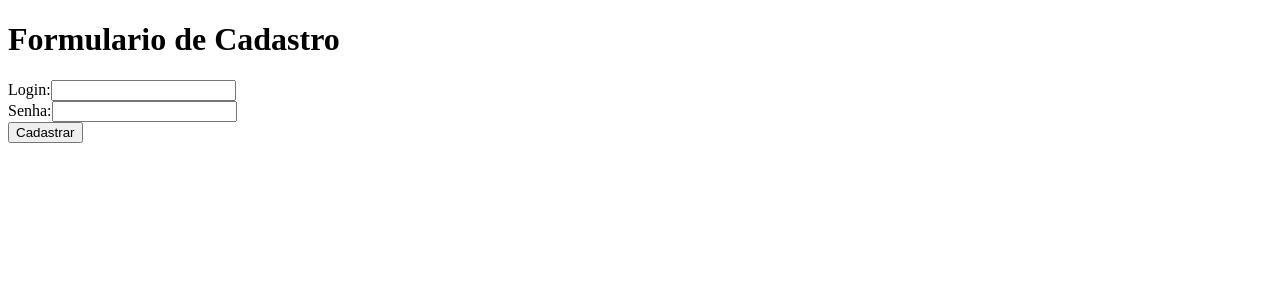
Repository: MarcoantonioCaldeira/Aprendizados-e-Conhecimentos
Page: Formulario-de-Cadastro-e-Login/cadastro.html
These files come from the project's save history. The page is drawn as it stood at one moment and after the next save; the edit follows.
The browser window is 1280 px wide. The pictures show the whole page.

Above is the page before, as saved 2022-04-01 23:10:53.

### Formulario-de-Cadastro-e-Login/cadastro.html
<!DOCTYPE html>
<html>
   <head>
   <meta charset="utf-8">
   </head>
   <body>
     <h1>Formulario de Cadastro</h1>

     <form methot="POST" action="cadastro.php">
         <label>Login:</label><input type="text" name="login" id="login"><br>
         <label>Senha:</label><input type="password" name="senha" id="senha"><br>
         <input type="submit" value="Cadastrar" id="cadastrar" name="cadastrar">

     </form>

   </body>
</html>

After the next save:
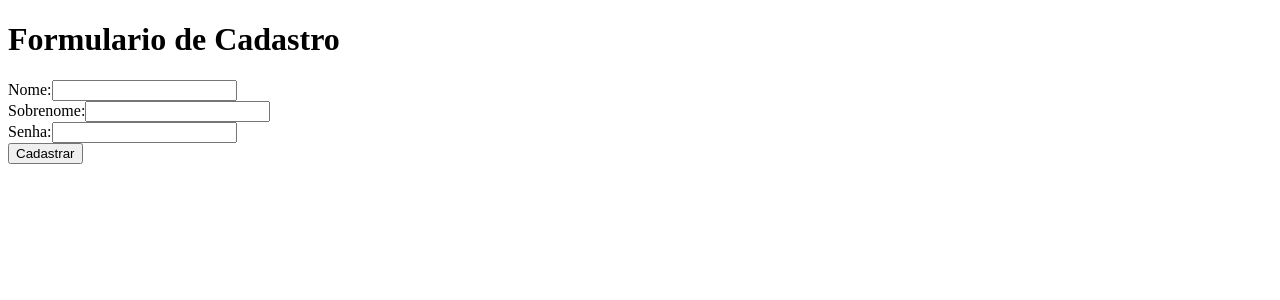
Saved 2 min 14 s later.
--- a/Formulario-de-Cadastro-e-Login/cadastro.html
+++ b/Formulario-de-Cadastro-e-Login/cadastro.html
@@ -7,7 +7,8 @@
      <h1>Formulario de Cadastro</h1>
 
      <form methot="POST" action="cadastro.php">
-         <label>Login:</label><input type="text" name="login" id="login"><br>
+         <label>Nome:</label><input type="" name="nome" id="nome"><br>
+         <label>Sobrenome:</label><input type="" name="sobrenome" id="sobrenome"><br>
          <label>Senha:</label><input type="password" name="senha" id="senha"><br>
          <input type="submit" value="Cadastrar" id="cadastrar" name="cadastrar">
 
